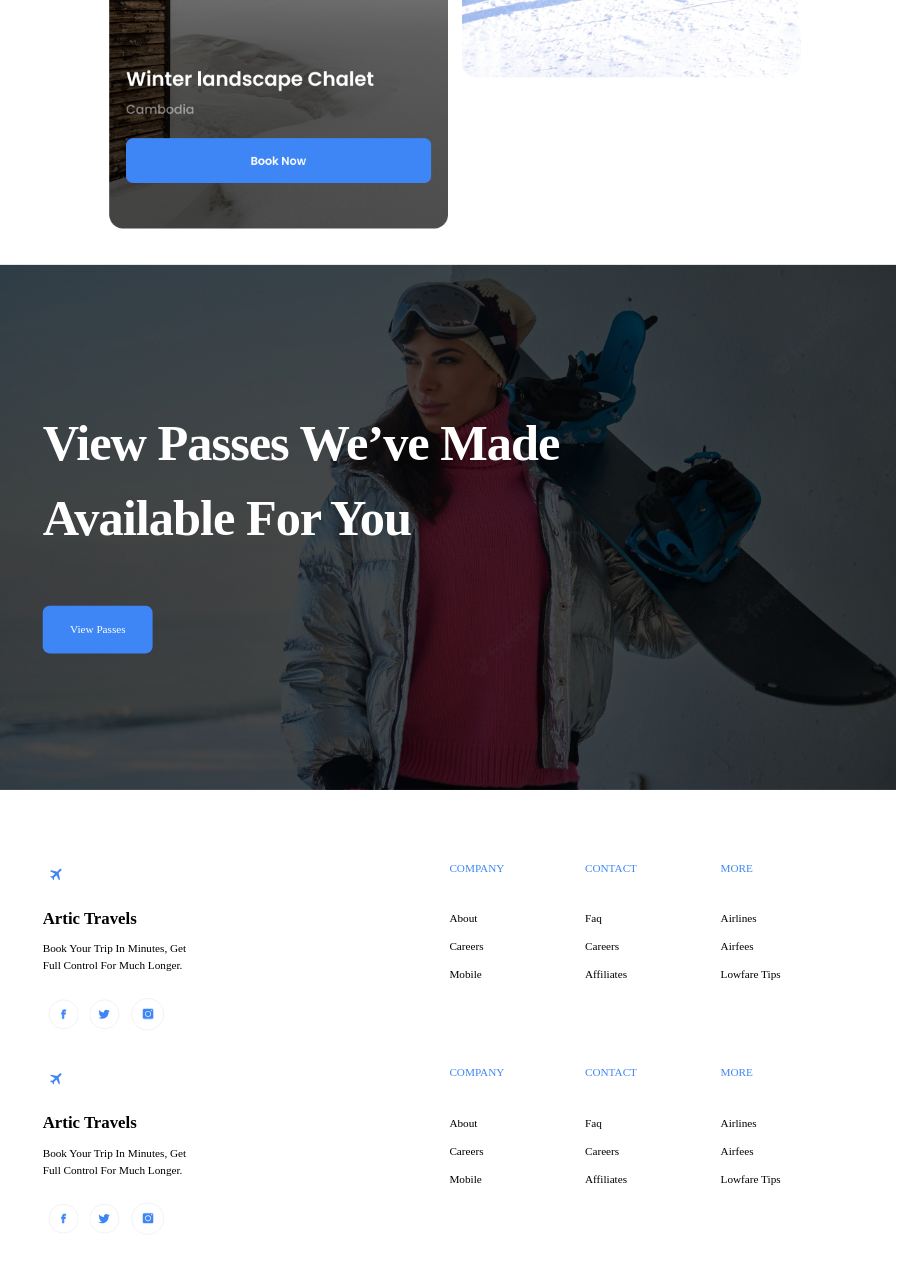
Repository: swissjake/arctic-travel-agency
Page: /
The author's editor kept a copy of each file at every save. The page is drawn from the files as they stood at one save, then again after a run of saves.
The browser window is 1280 px wide. The page is 1300 px wide, so the pictures cover 1300 px, including what lies to the right of the window. The pictures show the part of the page from y = 4149 to 6029 px (the page is 5981 px tall before and 6029 px after), at 70% of full size.
The project was rebuilt for these pictures with package versions that can differ from the ones it lists, and the page was loaded fresh each time. Also part of the build but not shown: src/App.css.

Above is the page before, as saved 2022-05-04 17:35:53.

After the next 2 saves:
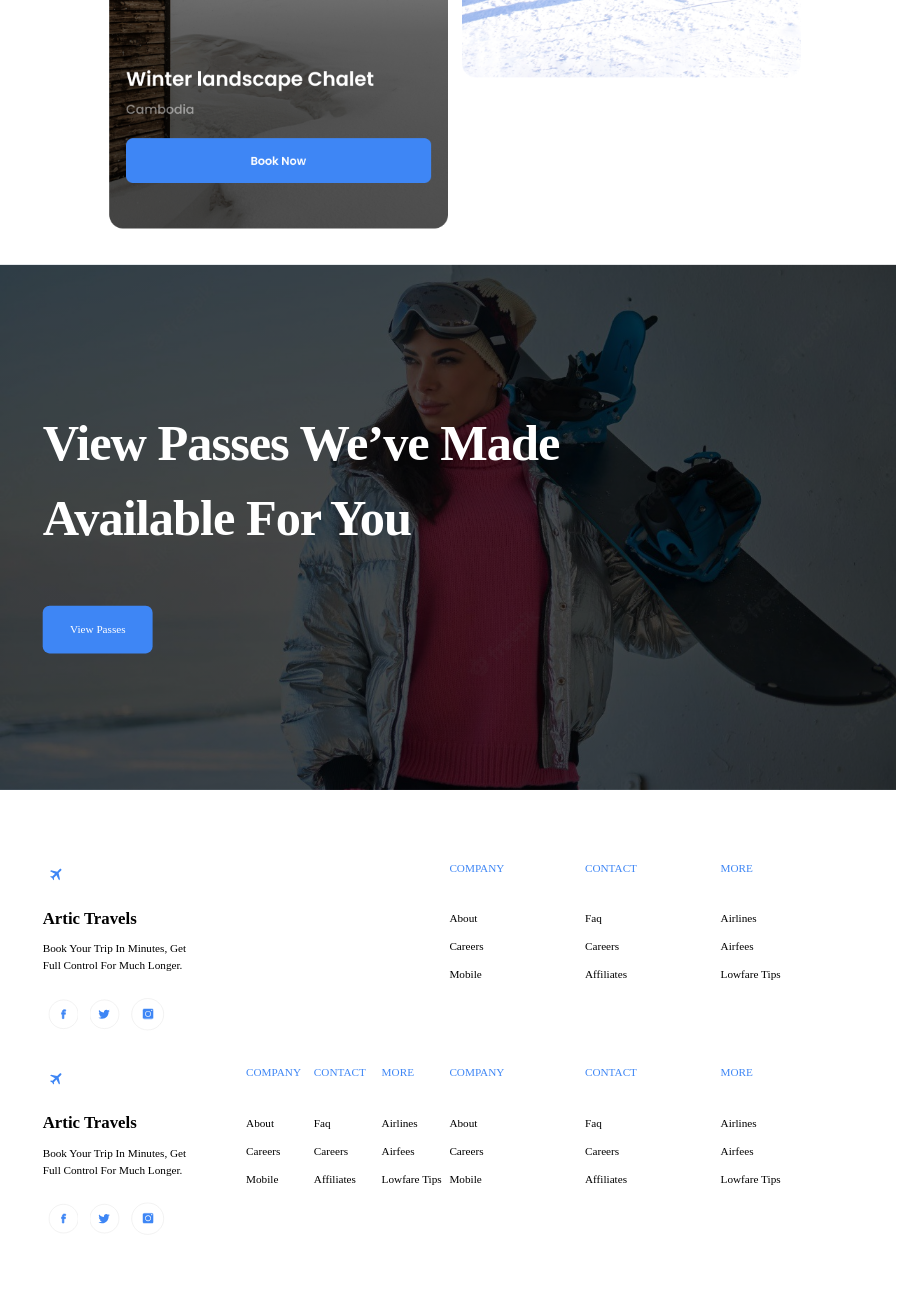
The 2 saves are shown as one change because they came seconds apart.
The last was saved 81 s later.
--- a/src/components/Footer/Footer.tsx
+++ b/src/components/Footer/Footer.tsx
@@ -64,6 +64,9 @@
               <div className="sm:flex justify-between">
 
 <div className="mb-[3rem] w-[50%]">
+      <div className="sm:flex justify-between">
+
+<div className="mb-[3rem] w-[50%]">
   <img src={aeroplane} className="mb-[27px]" alt="aeroplane" />
   <p className="capitalize text-2xl font-bold">artic travels</p>
   <p className="capitalize mt-[16px] mb-[34px] w-[217px]">Book your trip in minutes, get full
@@ -104,6 +107,38 @@
 
               </div>
 
+</div>
+
+<div className='mb-5 flex-1'>
+  <h2 className="text-[#3E86F5] mb-[40px] uppercase">company</h2>
+  <ul>
+    {company.map((item,index)=>(
+      <li className="capitalize leading-10">{item}</li>
+    ))}
+  </ul>
+</div>
+
+<div className='mb-5 flex-1'>
+  <h2 className="text-[#3E86F5] mb-[40px] uppercase">contact</h2>
+  <ul>
+    {contact.map((item,index)=>(
+      <li className="capitalize leading-10">{item}</li>
+    ))}
+  </ul>
+</div>
+
+<div className='mb-5 flex-1'>
+  <h2 className="text-[#3E86F5] mb-[40px] uppercase">more</h2>
+  <ul>
+    {more.map((item,index)=>(
+      <li className="capitalize leading-10">{item}</li>
+    ))}
+  </ul>
+</div>
+
+
+              </div>
+
 
          </div>
       </footer>

After the save that followed:
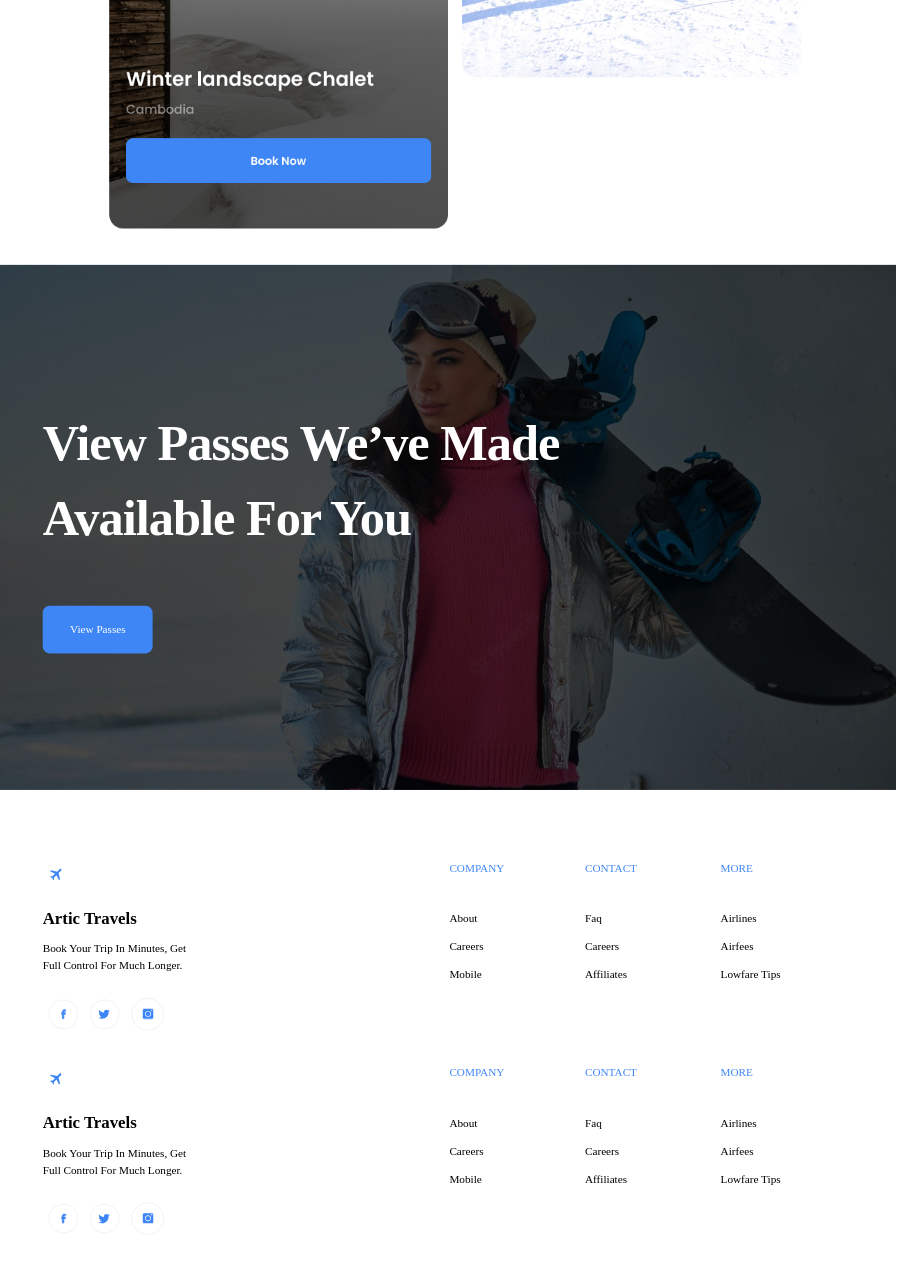
Saved 4 s later.
--- a/src/components/Footer/Footer.tsx
+++ b/src/components/Footer/Footer.tsx
@@ -64,9 +64,6 @@
               <div className="sm:flex justify-between">
 
 <div className="mb-[3rem] w-[50%]">
-      <div className="sm:flex justify-between">
-
-<div className="mb-[3rem] w-[50%]">
   <img src={aeroplane} className="mb-[27px]" alt="aeroplane" />
   <p className="capitalize text-2xl font-bold">artic travels</p>
   <p className="capitalize mt-[16px] mb-[34px] w-[217px]">Book your trip in minutes, get full
@@ -107,38 +104,6 @@
 
               </div>
 
-</div>
-
-<div className='mb-5 flex-1'>
-  <h2 className="text-[#3E86F5] mb-[40px] uppercase">company</h2>
-  <ul>
-    {company.map((item,index)=>(
-      <li className="capitalize leading-10">{item}</li>
-    ))}
-  </ul>
-</div>
-
-<div className='mb-5 flex-1'>
-  <h2 className="text-[#3E86F5] mb-[40px] uppercase">contact</h2>
-  <ul>
-    {contact.map((item,index)=>(
-      <li className="capitalize leading-10">{item}</li>
-    ))}
-  </ul>
-</div>
-
-<div className='mb-5 flex-1'>
-  <h2 className="text-[#3E86F5] mb-[40px] uppercase">more</h2>
-  <ul>
-    {more.map((item,index)=>(
-      <li className="capitalize leading-10">{item}</li>
-    ))}
-  </ul>
-</div>
-
-
-              </div>
-
 
          </div>
       </footer>
